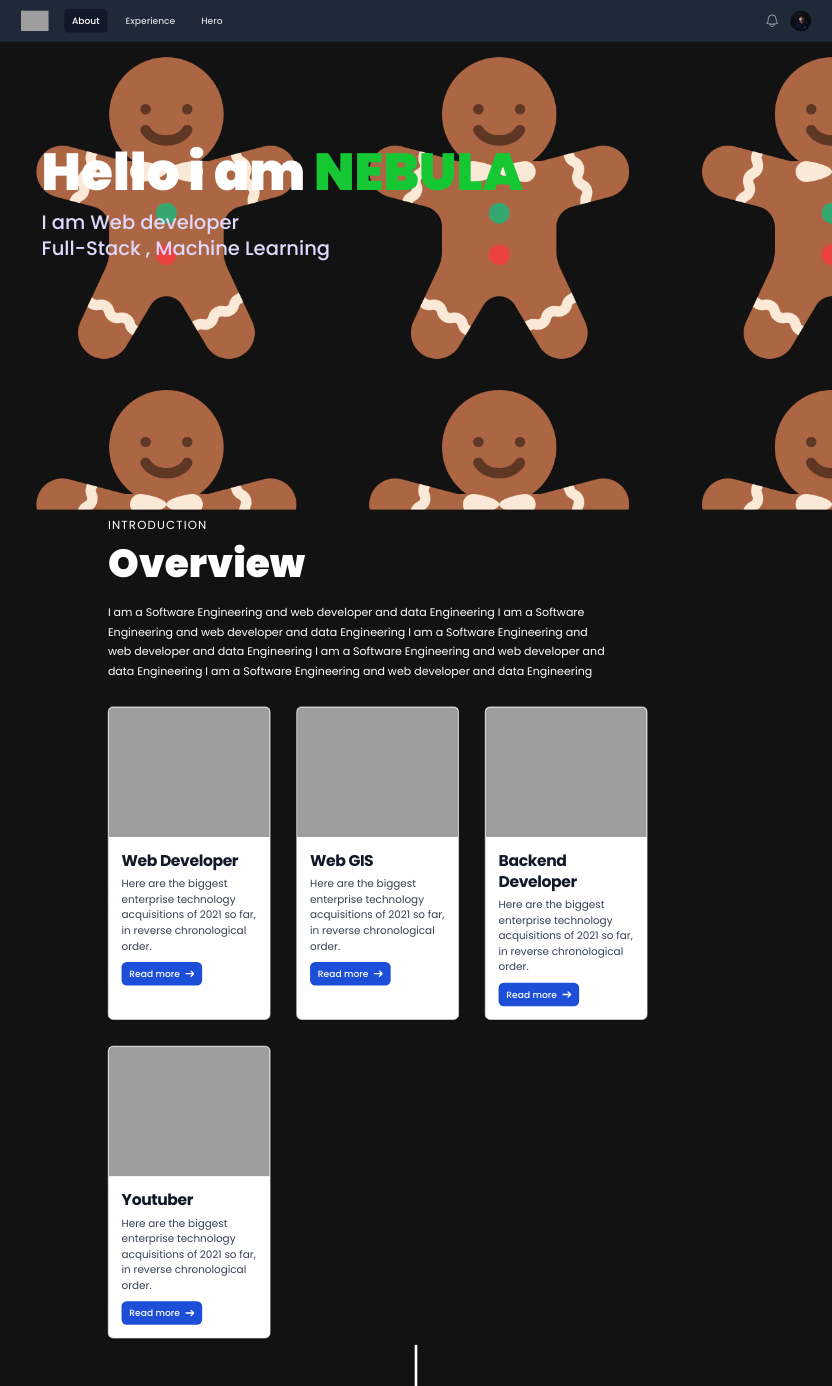
Repository: supakorn5039-boon/React-f
Page: /
These files come from the project's save history. The page is drawn as it stood at one moment and after a run of saves; the edit follows.
The browser window is 1280 px wide. The pictures show the whole page, at 65% of full size.
Pictures or frames that could not be fetched are drawn as grey boxes. The project was rebuilt for these pictures with package versions that can differ from the ones it lists, and the page was loaded fresh each time. Also part of the build but not shown: vite.config.js.

Above is the page before, as saved 2024-01-09 22:30:47.

### src/App.jsx
import Hero from "./components/Hero";
import About from "./components/About";
import Experience from "./components/Experience";
import Navbar from "./components/Navbar";

export default function App() {
  return (
    <div>
      <Navbar />
      <Hero />
      <About />
      <Experience />
    </div>
  );
}

### src/index.css
@import url("https://fonts.googleapis.com/css2?family=Poppins:wght@100;200;300;400;500;600;700;800;900&display=swap");

@tailwind base;
@tailwind components;
@tailwind utilities;

* {
  margin: 0;
  padding: 0;
  box-sizing: border-box;
  font-family: "Poppins", sans-serif;
  scroll-behavior: smooth;
  color-scheme: dark;
}
.bg-boon {
  background-image: url("./assets/gingerbread-man.png");
}
.section {
  position: absolute;
  inset: 0;
  top: 120px;
  max-width: 7xl;
  margin: 0 auto;
  padding-left: 6rem;
  padding-right: 6rem;
  display: flex;
  flex-direction: row;
  align-items: flex-start;
  gap: 1.25rem; /* This corresponds to 5 units in "rem" */
}
.heroHeadText {
  font-weight: 900;
  color: white;
  font-size: 80px;
  line-height: 98px;
  margin-top: 2rem;
}

@media (max-width: 1023px) {
  .heroHeadText {
    font-size: 60px;
  }
}

@media (max-width: 767px) {
  .heroHeadText {
    font-size: 50px;
  }
}

@media (max-width: 575px) {
  .heroHeadText {
    font-size: 40px;
  }
}

.heroSubText {
  font-weight: 500;
  color: #dfd9ff;
  font-size: 30px;
  line-height: 40px;
}

@media (max-width: 1023px) {
  .heroSubText {
    font-size: 26px;
  }
}

@media (max-width: 767px) {
  .heroSubText {
    font-size: 20px;
  }
}

@media (max-width: 575px) {
  .heroSubText {
    font-size: 16px;
  }
}

.sectionHeadText {
  color: white;
  font-weight: 900;
  font-size: 60px;
}

@media (max-width: 767px) {
  .sectionHeadText {
    font-size: 50px;
  }
}

@media (max-width: 575px) {
  .sectionHeadText {
    font-size: 40px;
  }
}

.sectionSubText {
  font-size: 18px;
  text-transform: uppercase;
  letter-spacing: 0.1em;
  color: var(--text-secondary);
}

@media (max-width: 767px) {
  .sectionSubText {
    font-size: 18px;
  }
}

.about-head {
  padding: 10px 6px; /* Default padding values */
  max-width: calc(100% - 20rem); /* Adjust the value according to your needs */
  margin: 0 auto;
  position: relative;
  z-index: 0;
}

@media (min-width: 640px) {
  .myElement {
    padding: 16px 6px; /* Updated padding for sm screen size */
  }
}

.about-text {
  margin-top: 1rem; /* Equivalent to mt-4 */
  color: white; /* Assuming --text-secondary is defined */
  font-size: 17px;
  max-width: 48rem; /* Equivalent to max-w-3xl */
  line-height: 1.875rem; /* Equivalent to leading-[30px] */
}

### src/components/Hero.jsx
export default function Hero() {
  return (
    <section className="relative w-full h-screen mx-auto bg-boon">
      <div className="absolute inset-0 top-[120px] mx-w-7xl mx-auto sm:px-16 px-6 flex flex-auto">
        <div>
          <h1 className="heroHeadText">
            Hello i am <span className="text-[#16c734]">NEBULA</span>
          </h1>
          <p className="heroSubText mt-2 text-white-100">
            I am Web developer <br />
            Full-Stack , Machine Learning
          </p>
        </div>
      </div>
    </section>
  );
}

### src/components/About.jsx
/* eslint-disable react/prop-types */
import { services } from "../data/Data";

const AboutCard = ({ item }) => {
  return (
    <div className="xs:w-[250px] max-w-sm bg-white border border-gray-200 rounded-lg shadow dark:bg-gray-800 dark:border-gray-700">
      <a href="#">
        <img
          style={{ width: "100%", height: "200px" }}
          className="rounded-t-lg"
          src={item.image}
          alt=""
        />
      </a>
      <div className="p-5">
        <a href="#">
          <h5 className="mb-2 text-2xl font-bold tracking-tight text-gray-900 dark:text-white">
            {item.title}
          </h5>
        </a>
        <p className="mb-3 font-normal text-gray-700 dark:text-gray-400">
          Here are the biggest enterprise technology acquisitions of 2021 so
          far, in reverse chronological order.
        </p>
        <a
          href="#"
          className="inline-flex items-center px-3 py-2 text-sm font-medium text-center text-white bg-blue-700 rounded-lg hover:bg-blue-800 focus:ring-4 focus:outline-none focus:ring-blue-300 dark:bg-blue-600 dark:hover:bg-blue-700 dark:focus:ring-blue-800"
        >
          Read more
          <svg
            className="rtl:rotate-180 w-3.5 h-3.5 ms-2"
            aria-hidden="true"
            xmlns="http://www.w3.org/2000/svg"
            fill="none"
            viewBox="0 0 14 10"
          >
            <path
              stroke="currentColor"
              strokeLinecap="round"
              strokeLinejoin="round"
              strokeWidth="2"
              d="M1 5h12m0 0L9 1m4 4L9 9"
            />
          </svg>
        </a>
      </div>
    </div>
  );
};

const About = () => {
  return (
    <div className="about-head">
      <div className="sectionSubText">Introduction</div>
      <h2 className="sectionHeadText">Overview</h2>
      <div className="about-text">
        I am a Software Engineering and web developer and data Engineering I am
        a Software Engineering and web developer and data Engineering I am a
        Software Engineering and web developer and data Engineering I am a
        Software Engineering and web developer and data Engineering I am a
        Software Engineering and web developer and data Engineering{" "}
      </div>

      <div className="mt-10 flex flex-wrap gap-10">
        {services.map((item, index) => {
          return <AboutCard item={item} key={index} />;
        })}
      </div>
    </div>
  );
};

export default About;

### src/components/Experience.jsx
import {
  VerticalTimeline,
  VerticalTimelineElement,
} from "react-vertical-timeline-component";
import "react-vertical-timeline-component/style.min.css";

import { experiences } from "../data/Data";

const ExCard = () => {
  <>
    <VerticalTimelineElement
      className="vertical-timeline-element--work"
      contentStyle={{ background: "rgb(33, 150, 243)", color: "#fff" }}
      contentArrowStyle={{ borderRight: "7px solid  rgb(33, 150, 243)" }}
      date="2011 - present"
      iconStyle={{ background: "rgb(33, 150, 243)", color: "#fff" }}
      icon={<WorkIcon />}
    >
      <h3 className="vertical-timeline-element-title">Creative Director</h3>
      <h4 className="vertical-timeline-element-subtitle">Miami, FL</h4>
      <p>
        Creative Direction, User Experience, Visual Design, Project Management,
        Team Leading
      </p>
    </VerticalTimelineElement>
  </>;
};

const Experience = () => {
  return (
    <div>
      <VerticalTimeline>
        {experiences.map((item, index) => {
          return;
        })}
      </VerticalTimeline>
    </div>
  );
};

export default Experience;

### src/components/Navbar.jsx
import { Fragment } from "react";
import { Disclosure, Menu, Transition } from "@headlessui/react";
import { Bars3Icon, BellIcon, XMarkIcon } from "@heroicons/react/24/outline";
import boon from "../assets/Photo.jpg";
const navigation = [
  { name: "About", href: "#about", current: true },
  { name: "Experience", href: "#experience", current: false },
  { name: "Hero", href: "#hero", current: false },
];

function classNames(...classes) {
  return classes.filter(Boolean).join(" ");
}

export default function Navbar() {
  return (
    <Disclosure as="nav" className="bg-gray-800">
      {({ open }) => (
        <>
          <div className="mx-auto max-w-7xl px-2 sm:px-6 lg:px-8">
            <div className="relative flex h-16 items-center justify-between">
              <div className="absolute inset-y-0 left-0 flex items-center sm:hidden">
                {/* Mobile menu button*/}
                <Disclosure.Button className="relative inline-flex items-center justify-center rounded-md p-2 text-gray-400 hover:bg-gray-700 hover:text-white focus:outline-none focus:ring-2 focus:ring-inset focus:ring-white">
                  <span className="absolute -inset-0.5" />
                  <span className="sr-only">Open main menu</span>
                  {open ? (
                    <XMarkIcon className="block h-6 w-6" aria-hidden="true" />
                  ) : (
                    <Bars3Icon className="block h-6 w-6" aria-hidden="true" />
                  )}
                </Disclosure.Button>
              </div>
              <div className="flex flex-1 items-center justify-center sm:items-stretch sm:justify-start">
                <div className="flex flex-shrink-0 items-center">
                  <img
                    className="h-8 w-auto"
                    src="https://tailwindui.com/img/logos/mark.svg?color=indigo&shade=500"
                    alt="Your Company"
                  />
                </div>
                <div className="hidden sm:ml-6 sm:block">
                  <div className="flex space-x-4">
                    {navigation.map((item) => (
                      <a
                        key={item.name}
                        href={item.href}
                        className={classNames(
                          item.current
                            ? "bg-gray-900 text-white"
                            : "text-gray-300 hover:bg-gray-700 hover:text-white",
                          "rounded-md px-3 py-2 text-sm font-medium"
                        )}
                        aria-current={item.current ? "page" : undefined}
                      >
                        {item.name}
                      </a>
                    ))}
                  </div>
                </div>
              </div>
              <div className="absolute inset-y-0 right-0 flex items-center pr-2 sm:static sm:inset-auto sm:ml-6 sm:pr-0">
                <button
                  type="button"
                  className="relative rounded-full bg-gray-800 p-1 text-gray-400 hover:text-white focus:outline-none focus:ring-2 focus:ring-white focus:ring-offset-2 focus:ring-offset-gray-800"
                >
                  <span className="absolute -inset-1.5" />
                  <span className="sr-only">View notifications</span>
                  <BellIcon className="h-6 w-6" aria-hidden="true" />
                </button>

                {/* Profile dropdown */}
                <Menu as="div" className="relative ml-3">
                  <div>
                    <Menu.Button className="relative flex rounded-full bg-gray-800 text-sm focus:outline-none focus:ring-2 focus:ring-white focus:ring-offset-2 focus:ring-offset-gray-800">
                      <span className="absolute -inset-1.5" />
                      <span className="sr-only">Open user menu</span>
                      <img className="h-8 w-8 rounded-full" src={boon} alt="" />
                    </Menu.Button>
                  </div>
                  <Transition
                    as={Fragment}
                    enter="transition ease-out duration-100"
                    enterFrom="transform opacity-0 scale-95"
                    enterTo="transform opacity-100 scale-100"
                    leave="transition ease-in duration-75"
                    leaveFrom="transform opacity-100 scale-100"
                    leaveTo="transform opacity-0 scale-95"
                  >
                    <Menu.Items className="absolute right-0 z-10 mt-2 w-48 origin-top-right rounded-md bg-white py-1 shadow-lg ring-1 ring-black ring-opacity-5 focus:outline-none">
                      <Menu.Item>
                        {({ active }) => (
                          <a
                            href="#"
                            className={classNames(
                              active ? "bg-gray-100" : "",
                              "block px-4 py-2 text-sm text-gray-700"
                            )}
                          >
                            Your Profile
                          </a>
                        )}
                      </Menu.Item>
                      <Menu.Item>
                        {({ active }) => (
                          <a
                            href="#"
                            className={classNames(
                              active ? "bg-gray-100" : "",
                              "block px-4 py-2 text-sm text-gray-700"
                            )}
                          >
                            Settings
                          </a>
                        )}
                      </Menu.Item>
                      <Menu.Item>
                        {({ active }) => (
                          <a
                            href="#"
                            className={classNames(
                              active ? "bg-gray-100" : "",
                              "block px-4 py-2 text-sm text-gray-700"
                            )}
                          >
                            Sign out
                          </a>
                        )}
                      </Menu.Item>
                    </Menu.Items>
                  </Transition>
                </Menu>
              </div>
            </div>
          </div>

          <Disclosure.Panel className="sm:hidden">
            <div className="space-y-1 px-2 pb-3 pt-2">
              {navigation.map((item) => (
                <Disclosure.Button
                  key={item.name}
                  as="a"
                  href={item.href}
                  className={classNames(
                    item.current
                      ? "bg-gray-900 text-white"
                      : "text-gray-300 hover:bg-gray-700 hover:text-white",
                    "block rounded-md px-3 py-2 text-base font-medium"
                  )}
                  aria-current={item.current ? "page" : undefined}
                >
                  {item.name}
                </Disclosure.Button>
              ))}
            </div>
          </Disclosure.Panel>
        </>
      )}
    </Disclosure>
  );
}

### src/data/Data.js
export const services = [
  {
    title: "Web Developer",
    image: "https://source.unsplash.com/random?wallpapers",
  },
  {
    title: "Web GIS",
    image: "https://source.unsplash.com/random?wallpapers",
  },
  {
    title: "Backend Developer",
    image: "https://source.unsplash.com/random?wallpapers",
  },
  {
    title: "Youtuber",
    image: "https://source.unsplash.com/random?wallpapers",
  },
];

export const experiences = [
  {
    title: "React",
    company_name: "RTAF",
    iconBg: "#383E56",
    icon: "https://source.unsplash.com/random?wallpapers",
    date: "March 2022 - April 2023",
    points: [
      "Lorem ipsum dolor sit amet consectetur, adipisicing elit. Tenetur vitae voluptas voluptatum, rerum deleniti enim quis repellat ipsum. Deleniti eius quo esse ea minima quisquam recusandae, possimus consectetur necessitatibus accusantium!",
      "Lorem ipsum dolor sit amet consectetur, adipisicing elit. Tenetur vitae voluptas voluptatum, rerum deleniti enim quis repellat ipsum. Deleniti eius quo esse ea minima quisquam recusandae, possimus consectetur necessitatibus accusantium!",
    ],
  },
  {
    title: "React",
    company_name: "RTAF",
    iconBg: "#383E56",
    icon: "https://source.unsplash.com/random?wallpapers",
    date: "March 2023 - April 2024",
    points: [
      "Lorem ipsum dolor sit amet consectetur, adipisicing elit. Tenetur vitae voluptas voluptatum, rerum deleniti enim quis repellat ipsum. Deleniti eius quo esse ea minima quisquam recusandae, possimus consectetur necessitatibus accusantium!",
      "Lorem ipsum dolor sit amet consectetur, adipisicing elit. Tenetur vitae voluptas voluptatum, rerum deleniti enim quis repellat ipsum. Deleniti eius quo esse ea minima quisquam recusandae, possimus consectetur necessitatibus accusantium!",
    ],
  },
  {
    title: "React",
    company_name: "RTAF",
    iconBg: "#383E56",
    icon: "https://source.unsplash.com/random?wallpapers",
    date: "March 2024 - Current",
    points: [
      "Lorem ipsum dolor sit amet consectetur, adipisicing elit. Tenetur vitae voluptas voluptatum, rerum deleniti enim quis repellat ipsum. Deleniti eius quo esse ea minima quisquam recusandae, possimus consectetur necessitatibus accusantium!",
      "Lorem ipsum dolor sit amet consectetur, adipisicing elit. Tenetur vitae voluptas voluptatum, rerum deleniti enim quis repellat ipsum. Deleniti eius quo esse ea minima quisquam recusandae, possimus consectetur necessitatibus accusantium!",
    ],
  },
];

### tailwind.config.js
/** @type {import('tailwindcss').Config} */
export default {
  content: ["./index.html", "./src/**/*.{js,ts,jsx,tsx}"],
  theme: {
    extend: {
      screens: {
        xs: "450px",
      },
    },
  },
  plugins: [],
};

Loaded but not shown: index.html (common file); src/main.jsx (common file)

After the next 3 saves:
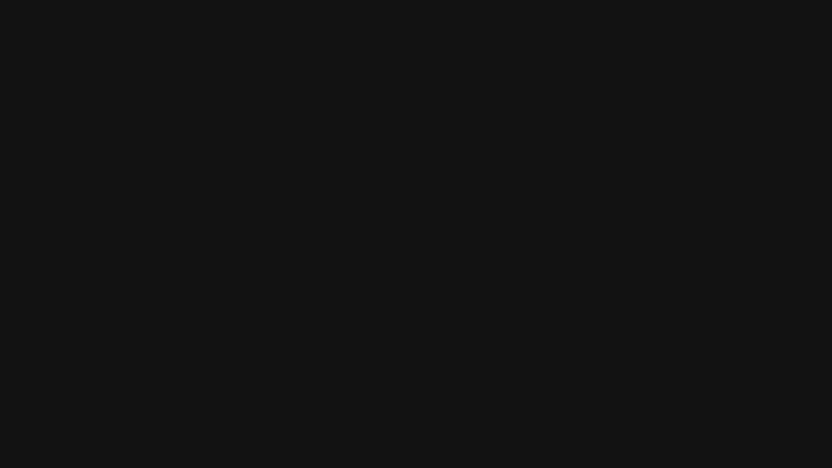
Console error: ReferenceError: WorkIcon is not defined
The 3 saves are shown as one change because they came seconds apart.
The last was saved 25 s later.
--- a/src/components/Experience.jsx
+++ b/src/components/Experience.jsx
@@ -31,7 +31,7 @@
     <div>
       <VerticalTimeline>
         {experiences.map((item, index) => {
-          return;
+          return <ExCard />;
         })}
       </VerticalTimeline>
     </div>

After the 5 saves that followed:
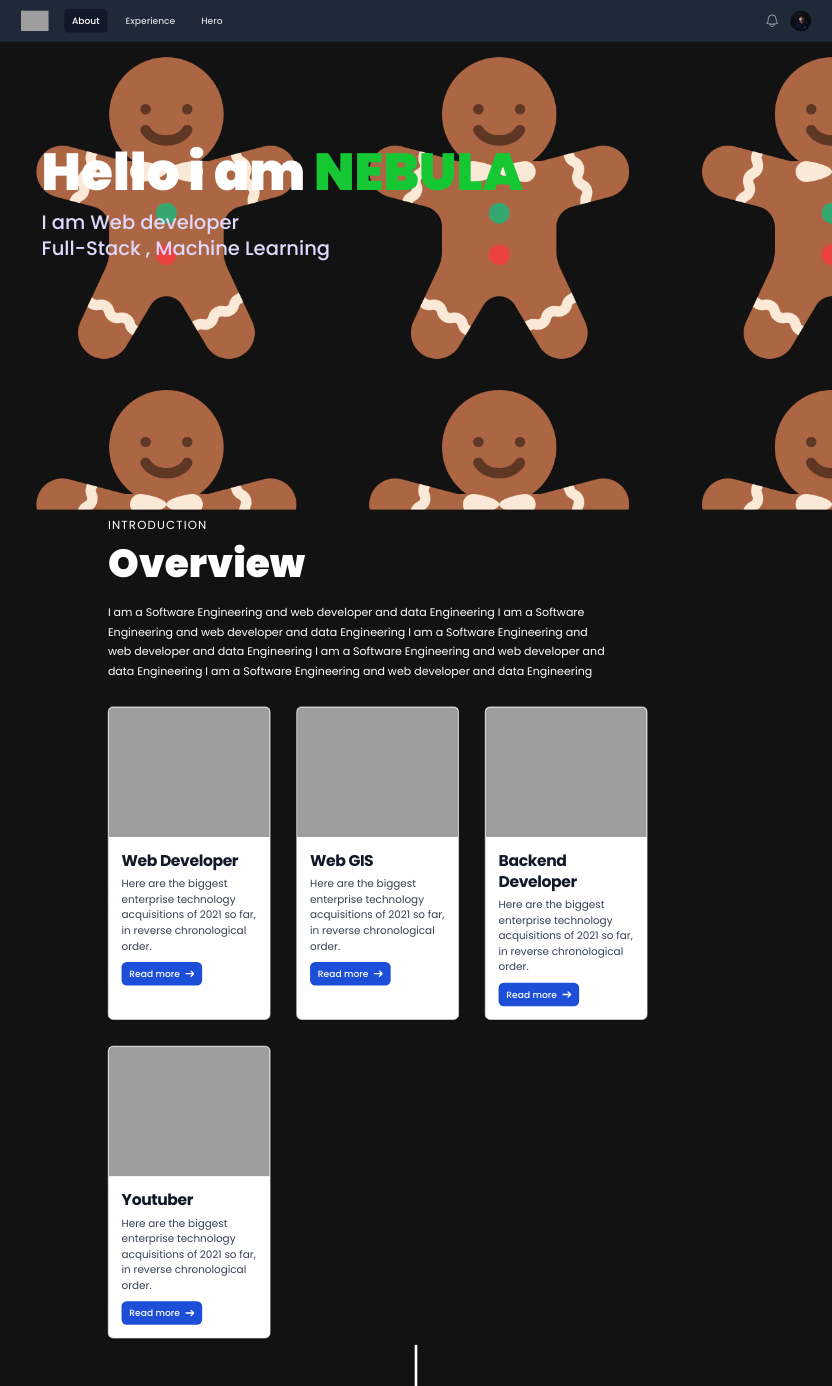
The error is gone.
The 5 saves are shown as one change because 1 left the picture as it was and some came seconds apart.
The last was saved 26 s later.
--- a/src/components/Experience.jsx
+++ b/src/components/Experience.jsx
@@ -14,7 +14,6 @@
       contentArrowStyle={{ borderRight: "7px solid  rgb(33, 150, 243)" }}
       date="2011 - present"
       iconStyle={{ background: "rgb(33, 150, 243)", color: "#fff" }}
-      icon={<WorkIcon />}
     >
       <h3 className="vertical-timeline-element-title">Creative Director</h3>
       <h4 className="vertical-timeline-element-subtitle">Miami, FL</h4>
@@ -31,7 +30,7 @@
     <div>
       <VerticalTimeline>
         {experiences.map((item, index) => {
-          return <ExCard />;
+          return <ExCard key={index} item={item} />;
         })}
       </VerticalTimeline>
     </div>
